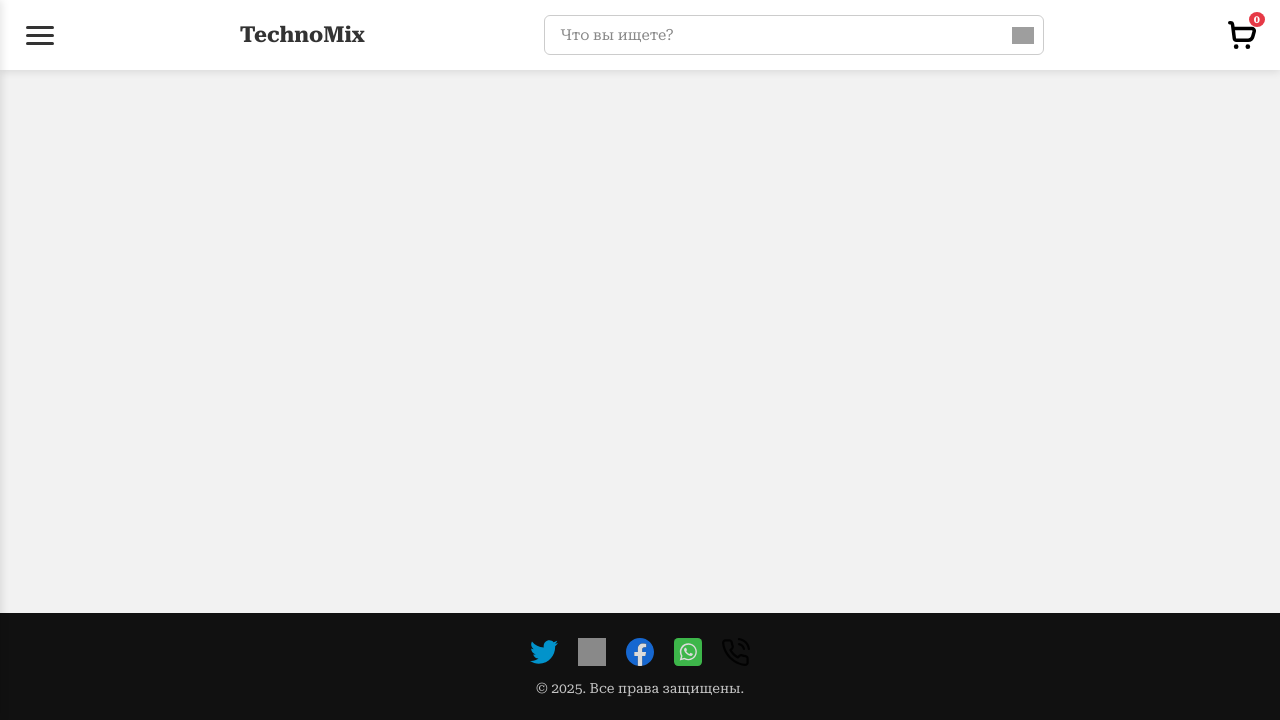
Repository: Gray-01/TechnoMix
Page: index.html
These files come from the project's save history. The page is drawn as it stood at one moment and after the next save; the edit follows.
The browser window is 1280 px wide. The pictures show the whole page.
Pictures or frames that could not be fetched are drawn as grey boxes.

Above is the page before, as saved 2025-11-14 14:29:27.

### index.html
<!DOCTYPE html>
<html lang="ru">

<head>
  <meta charset="UTF-8">
  <meta name="viewport" content="width=device-width, initial-scale=1.0">
  <title>TechnoMix — интернет-магазин электроники</title>
  <link rel="stylesheet" href="assets/css/reset.css">
  <link rel="stylesheet" href="assets/css/style.css">
  <link rel="stylesheet" href="assets/css/responsive.css">
</head>

<body>

  <header class="header">

    <!-- Бургер-меню -->
    <nav class="burger-menu" id="burgerMenu">
      <ul class="burger-menu__list">

        <li class="burger-menu__item">
          <a href="#">
            <img src="assets/images/icons/orders.svg" alt="">
            Заказы
          </a>
        </li>

        <li class="burger-menu__item">
          <a href="#">
            <img src="assets/images/icons/messages.svg" alt="">
            Переписка с продавцами
          </a>
        </li>

        <li class="burger-menu__item">
          <a href="#">
            <img src="assets/images/icons/cart.svg" alt="">
            Корзина
          </a>
        </li>

        <li class="burger-menu__item">
          <a href="#">
            <img src="assets/images/icons/heart.svg" alt="">
            Список желаний
          </a>
        </li>

        <li class="burger-menu__item">
          <a href="#">
            <img src="assets/images/icons/history.svg" alt="">
            Просмотренные товары
          </a>
        </li>

        <li class="burger-menu__item">
          <a href="#">
            <img src="assets/images/icons/reviews.svg" alt="">
            Отзывы
          </a>
        </li>

        <li class="burger-menu__item">
          <a href="#">
            <img src="assets/images/icons/parcel.svg" alt="">
            Посылки
          </a>
        </li>

        <li class="burger-menu__item">
          <a href="#">
            <img src="assets/images/icons/wallet.svg" alt="">
            Кошелёк
          </a>
        </li>

        <li class="burger-menu__item">
          <a href="#">
            <img src="assets/images/icons/subscribe.svg" alt="">
            Подписки
          </a>
        </li>

      </ul>
    </nav>

    <div class="overlay" id="overlay"></div>

    <div class="container header__inner">

      <button class="header__burger" id="burgerBtn" aria-label="Открыть меню">
        <span></span>
        <span></span>
        <span></span>
      </button>

      <div class="header__logo">
        <a href="#">TechnoMix</a>
      </div>

      <form class="header__search" action="#" method="get">
        <input type="text" class="header__input" placeholder="Что вы ищете?" name="s">
        <button type="submit" class="header__search-btn" aria-label="Найти"></button>
      </form>

      <div class="header__cart">
        <img src="assets/images/icons/cart.svg" alt="Корзина">
        <span class="header__cart-count">0</span>
      </div>

    </div>
  </header>

  <footer class="footer">
    <div class="footer__container">
      <ul class="footer__social">
        <li><a href="#"><img src="assets/images/icons/twitter.svg" alt="Twitter"></a></li>
        <li><a href="#"><img src="assets/images/icons/youtube.svg" alt="YouTube"></a></li>
        <li><a href="#"><img src="assets/images/icons/facebook.svg" alt="Facebook"></a></li>
        <li><a href="#"><img src="assets/images/icons/whatsapp.svg" alt="WhatsApp"></a></li>
        <li><a href="#"><img src="assets/images/icons/phone.svg" alt="Phone"></a></li>
      </ul>
      <p class="footer__copy">© 2025. Все права защищены.</p>
    </div>
  </footer>

  <script src="assets/js/main.js"></script>
</body>

</html>

### assets/css/reset.css
/* RESET CSS — универсальный сброс по всей странице */
html, body, div, span, object, iframe,
h1, h2, h3, h4, h5, h6, p, blockquote, pre,
abbr, address, cite, code,
del, dfn, em, img, ins, kbd, q, samp,
small, strong, sub, sup, var,
b, i,
dl, dt, dd, ol, ul, li,
fieldset, form, label, legend,
table, caption, tbody, tfoot, thead, tr, th, td,
article, aside, canvas, details, figcaption, figure,
footer, header, hgroup, menu, nav, section, summary,
time, mark, audio, video {
    margin: 0;
    padding: 0;
    border: 0;
    outline: 0;
    font-size: 100%;
    vertical-align: baseline;
    background: transparent;
}

body {
    line-height: 1;
}

article, aside, details, figcaption, figure,
footer, header, hgroup, menu, nav, section {
    display: block;
}

ul, ol {
    list-style: none;
    padding: 0;
    margin: 0;
}

blockquote, q {
    quotes: none;
}

blockquote::before, blockquote::after,
q::before, q::after {
    content: '';
    content: none;
}

a {
    margin: 0;
    padding: 0;
    font-size: 100%;
    vertical-align: baseline;
    background: transparent;
    text-decoration: none;
    color: inherit;
}

ins {
    background-color: #ff9;
    color: #000;
    text-decoration: none;
}

mark {
    background-color: #ff9;
    color: #000;
    font-style: italic;
    font-weight: bold;
}

del {
    text-decoration: line-through;
}

abbr[title], dfn[title] {
    border-bottom: 1px dotted;
    cursor: help;
}

table {
    border-collapse: collapse;
    border-spacing: 0;
}

hr {
    display: block;
    height: 1px;
    border: 0;
    border-top: 1px solid #ccc;
    margin: 1em 0;
    padding: 0;
}

input, select, textarea, button {
    vertical-align: middle;
    font-family: inherit;
    font-size: inherit;
    border: none;
    outline: none;
    background: none;
}

img {
    max-width: 100%;
    height: auto;
    display: block;
}

/* Глобальное правило для расчёта размеров с учётом padding и border */
*, *::before, *::after {
    box-sizing: border-box;
}

### assets/css/style.css
@font-face {
    font-family: 'RobotoSerif';
    src: url('../fonts/RobotoSerif28pt-Medium.woff2') format('woff2');
    font-weight: 500;
    font-style: normal;
    font-display: swap;
}

@font-face {
    font-family: 'RobotoSerif';
    src: url('../fonts/RobotoSerif28pt-Regular.woff2') format('woff2');
    font-weight: 400;
    font-style: normal;
    font-display: swap;
}

@font-face {
    font-family: 'RobotoSerif';
    src: url('../fonts/RobotoSerif28pt-Bold.woff2') format('woff2');
    font-weight: 700;
    font-style: normal;
    font-display: swap;
}

@font-face {
    font-family: 'RobotoSerif';
    src: url('../fonts/RobotoSerif28pt-Italic.woff2') format('woff2');
    font-weight: 400;
    font-style: italic;
    font-display: swap;
}

html,
body {
    height: 100%;
}

body {
    font-family: 'RobotoSerif', sans-serif;
    font-weight: 400;
    color: #222;
    background-color: #F2F2F2;
    padding-top: 70px;
    display: flex;
    flex-direction: column;

}

/* HEADER */

.header {
    position: fixed;
    top: 0;
    left: 0;
    width: 100%;
    background-color: #ffffff;
    box-shadow: 0 2px 8px rgba(0, 0, 0, 0.1);
    z-index: 1000;
}

.container {
    max-width: 1300px;
    margin: 0 auto;
    padding: 0 20px;
}

.header__inner {
    display: flex;
    align-items: center;
    justify-content: space-between;
    height: 70px;
    gap: 20px;
}

/* бургер  */

.header__burger {
    display: flex;
    flex-direction: column;
    justify-content: center;
    gap: 5px;
    width: 40px;
    height: 40px;
    background: none;
    border: none;
    cursor: pointer;
}

.header__burger span {
    display: block;
    height: 3px;
    width: 100%;
    background-color: #333;
    border-radius: 2px;
    transition: 0.3s ease;
}

/* Бургер-меню (выезжающее слева) */
.burger-menu {
    position: fixed;
    top: 0;
    left: -260px;
    /* спрятано */
    width: 260px;
    height: 100vh;
    background-color: #fff;
    box-shadow: 2px 0 8px rgba(0, 0, 0, 0.1);
    padding: 80px 20px 20px;
    transition: 0.3s ease;
    z-index: 1500;
}

.burger-menu.active {
    left: 0;
}

.burger-menu__list {
    list-style: none;
    display: flex;
    flex-direction: column;
    gap: 15px;
}

.burger-menu__item a {
    display: flex;
    /* ставим иконку и текст в одну линию */
    align-items: center;
    /* вертикальное выравнивание по центру */
    gap: 12px;
    /* расстояние между иконкой и текстом */
    padding: 12px 15px;
    background: #F2F2F2;
    border-radius: 6px;
    font-size: 16px;
    color: #333;
    font-weight: 500;
    transition: 0.2s;
    text-decoration: none;
}

.burger-menu__item img {
    width: 22px;
    height: 22px;
    opacity: 0.85;
    transition: 0.2s ease;
    flex-shrink: 0;
}

.burger-menu__item a:hover {
    background: #FF9500;
    color: #fff;
}

.burger-menu__item a:hover img {
    filter: brightness(0) invert(1);
    opacity: 1;
}

/* Анимация иконки бургера */
.header__burger.active span:nth-child(1) {
    transform: translateY(8px) rotate(45deg);
}

.header__burger.active span:nth-child(2) {
    opacity: 0;
}

.header__burger.active span:nth-child(3) {
    transform: translateY(-8px) rotate(-45deg);
}


/* логотип */
.header__logo a {
    font-family: 'RobotoSerif', sans-serif;
    font-size: 22px;
    font-weight: 700;
    color: #333;
}

/* поиск */
.header__search {
    position: relative;
    flex: 1;
    max-width: 500px;
}

.header__input {
    width: 100%;
    height: 40px;
    padding: 0 45px 0 15px;
    border: 1px solid #ccc;
    border-radius: 6px;
    font-size: 15px;
    font-family: inherit;
}

.header__input::placeholder {
    color: #888;
}

.header__search-btn {
    position: absolute;
    right: 10px;
    top: 50%;
    transform: translateY(-50%);
    width: 22px;
    height: 22px;
    background: url('../images/search.svg') no-repeat center;
    background-size: contain;
    border: none;
    cursor: pointer;
}

/*корзина*/

.header__cart {
    position: relative;
    display: flex;
    align-items: center;
    justify-content: center;
    width: 36px;
    height: 36px;
    cursor: pointer;
}

.header__cart img {
    width: 28px;
    height: 28px;
}

.header__cart-count {
    position: absolute;
    top: -5px;
    right: -5px;
    background: #e63946;
    color: #fff;
    font-size: 11px;
    font-weight: 600;
    border-radius: 50%;
    padding: 2px 5px;
    line-height: 1;
}

/* Затемнение фона при открытом меню */
.overlay {
    position: fixed;
    top: 0;
    left: 0;
    width: 100%;
    height: 100%;
    background: rgba(0, 0, 0, 0.35);
    opacity: 0;
    visibility: hidden;
    transition: 0.3s ease;
    z-index: 1400;
}

.overlay.active {
    opacity: 1;
    visibility: visible;
}

.footer {
    margin-top: auto;
    background: #111;
    padding: 25px 15px;
    color: #fff;
}

.footer__container {
    max-width: 1200px;
    margin: 0 auto;
    text-align: center;
}

.footer__social {
    list-style: none;
    display: flex;
    justify-content: center;
    gap: 20px;
    margin-bottom: 15px;
}

.footer__social img {
    width: 28px;
    height: 28px;
    opacity: 0.85;
    transition: 0.2s ease;
}

.footer__social a:hover img {
    filter: brightness(0) invert(1);
    opacity: 1;
}

.footer__copy {
    font-size: 14px;
    opacity: 0.75;
}

### assets/js/main.js
const burgerBtn = document.getElementById('burgerBtn');
const burgerMenu = document.getElementById('burgerMenu');
const overlay = document.getElementById('overlay');

// Открытие/закрытие по кнопке
burgerBtn.addEventListener('click', () => {
    burgerBtn.classList.toggle('active');
    burgerMenu.classList.toggle('active');
    overlay.classList.toggle('active');
});

// Закрытие по клику на фон
overlay.addEventListener('click', () => {
    burgerBtn.classList.remove('active');
    burgerMenu.classList.remove('active');
    overlay.classList.remove('active');
});

Loaded but not shown: assets/css/responsive.css (no stored copy; drawn as an empty file)

After the next save:
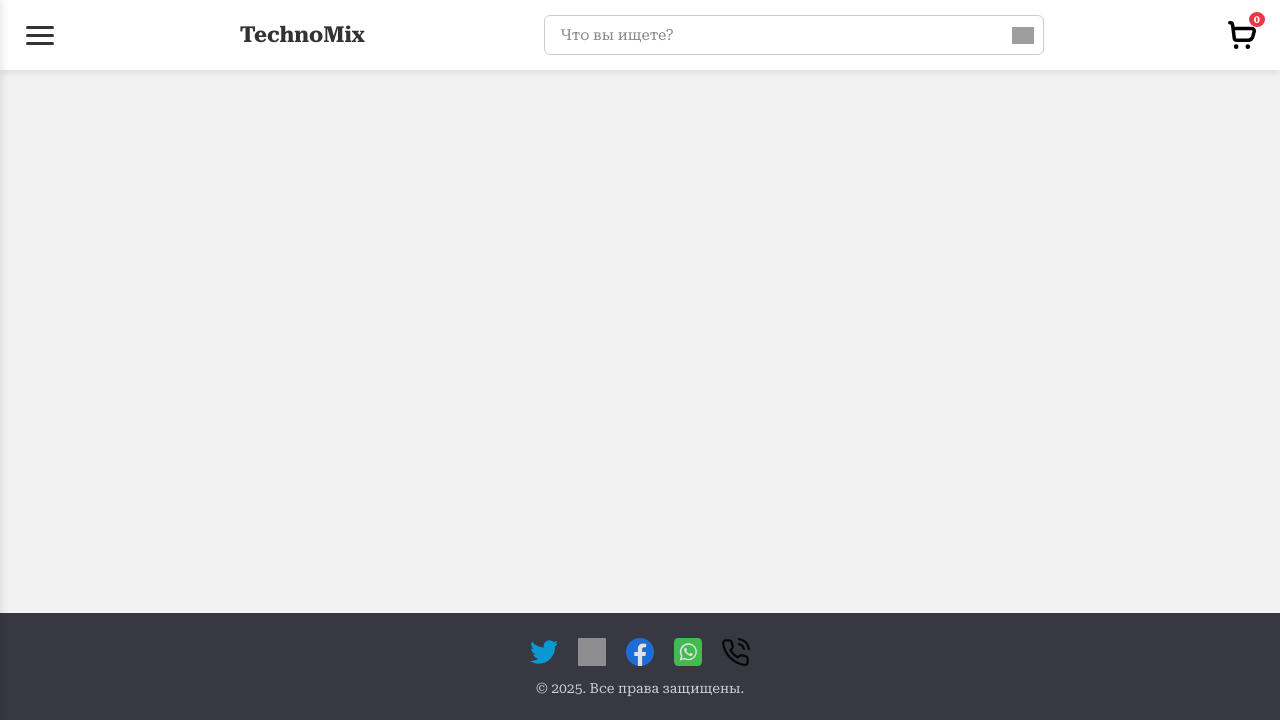
Saved 8 min 50 s later.
--- a/assets/css/style.css
+++ b/assets/css/style.css
@@ -263,7 +263,7 @@
 
 .footer {
     margin-top: auto;
-    background: #111;
+    background: #373841;
     padding: 25px 15px;
     color: #fff;
 }
